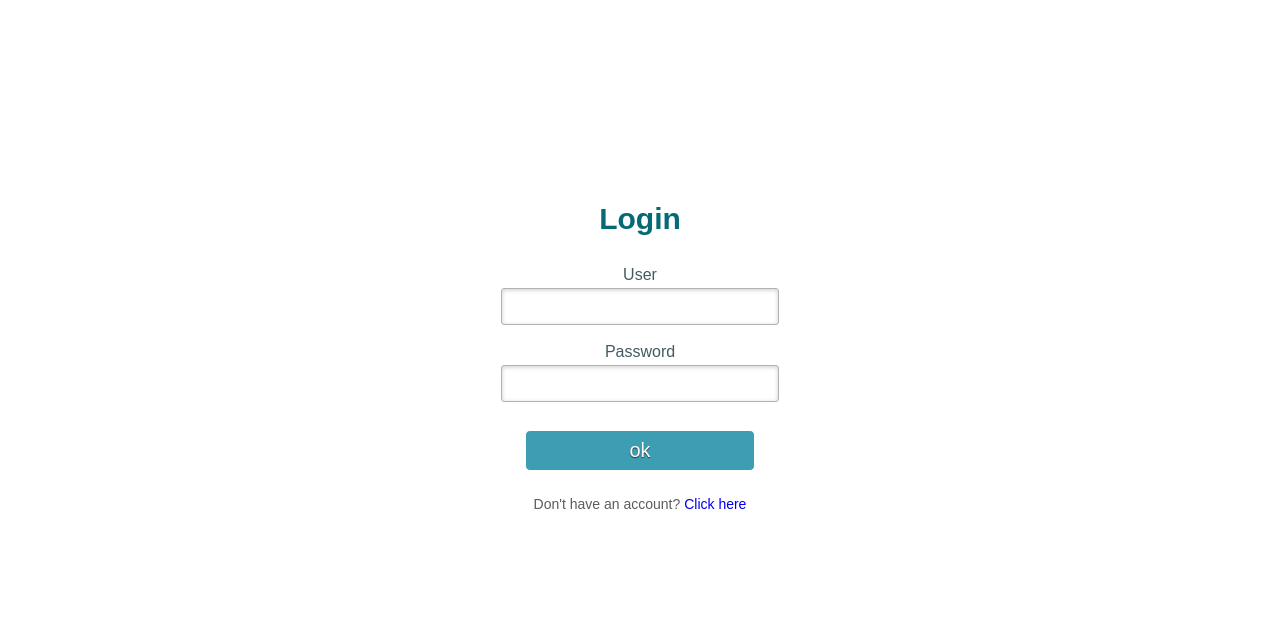
Repository: fontanive12/Biblioteca
Page: front/login.html
These files come from the project's save history. The page is drawn as it stood at one moment and after the next save; the edit follows.
The browser window is 1280 px wide. The pictures show the whole page.

Above is the page before, as saved 2022-09-07 18:12:34.

After the next save:
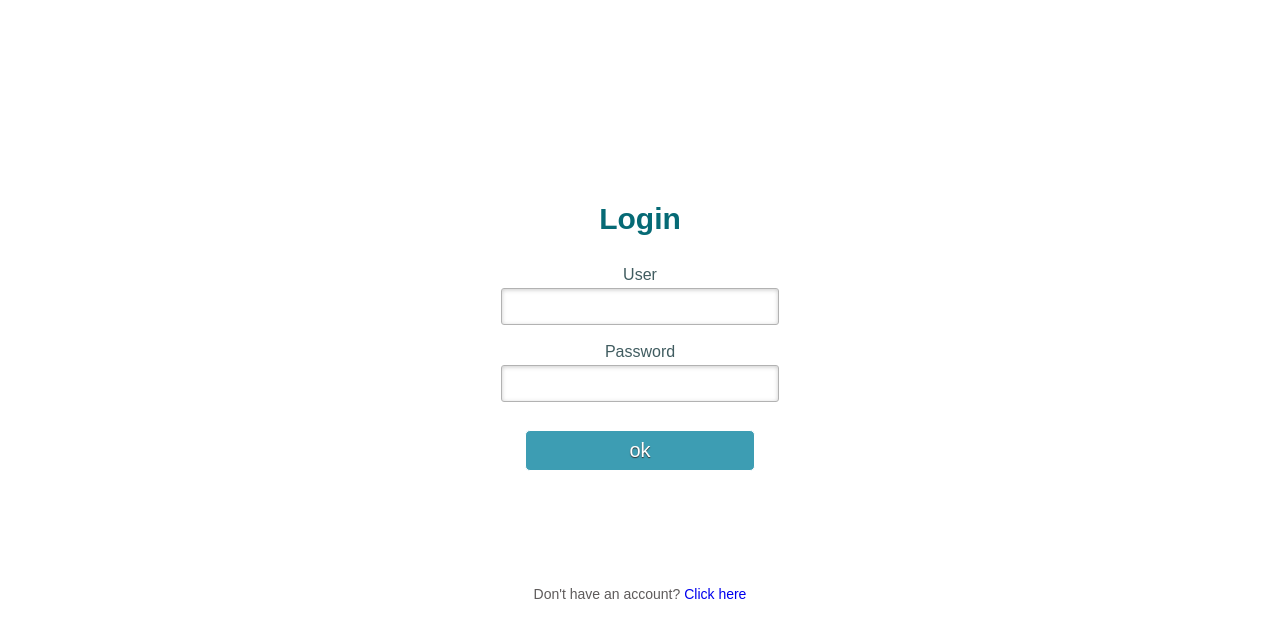
Saved 11 s later.
--- a/front/login.css
+++ b/front/login.css
@@ -16,7 +16,7 @@
   .newAccount {
     font-size: 14px;
     color: #5e5b5b;
-    margin-top: 15px;
+    margin-top: 105px;
   }
 
   /* remove a linha dos links */
